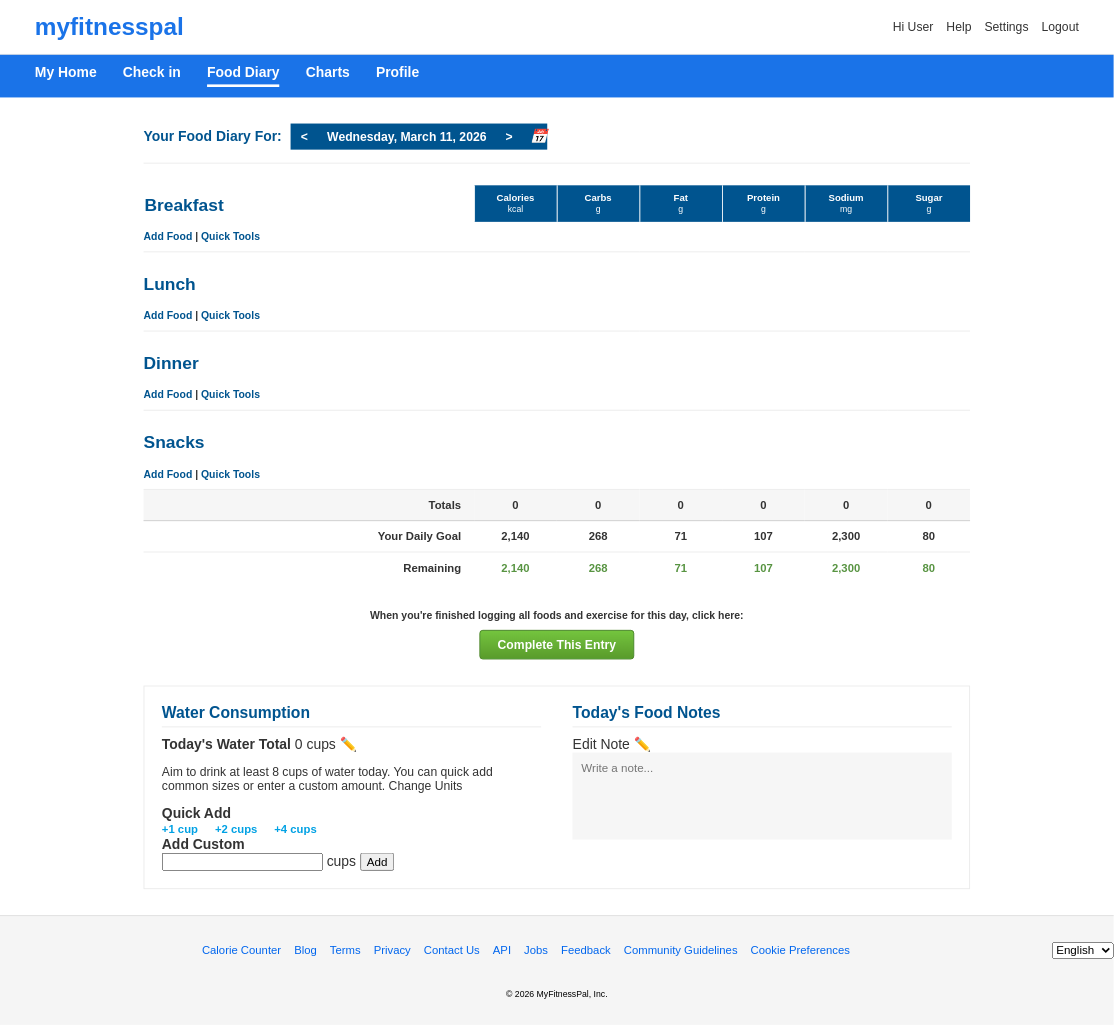
Repository: kem85/Web-Project
Page: Food-Diary.html
The author's editor kept a copy of each file at every save. The page is drawn from the files as they stood at one save, then again after the next save.
The browser window is 1280 px wide. The pictures show the whole page, at 87% of full size.

Above is the page before, as saved 2026-03-11 15:13:38.

After the next save:
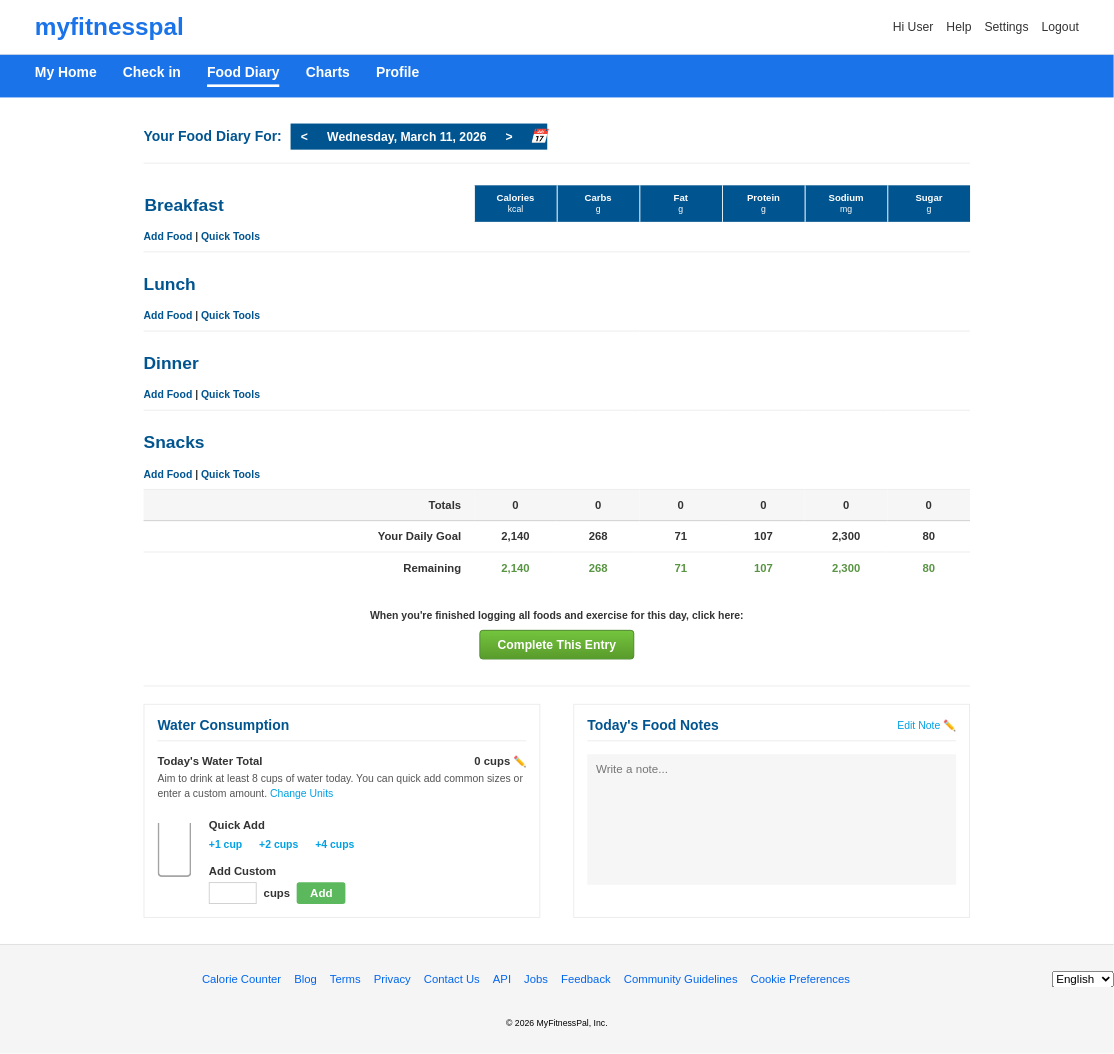
Saved 32 s later.
--- a/style.css
+++ b/style.css
@@ -335,31 +335,90 @@
 }
 
 /* =========================================
-   BOTTOM WIDGETS (Water & Notes)
+   BOTTOM WIDGETS (Water & Notes) - UPDATED
    ========================================= */
 .diary-widgets {
   display: flex;
   justify-content: space-between;
-  border: 1px solid #eaeaea;
-  padding: 20px;
+  border-top: 1px solid #eaeaea; /* Changed to only border-top to match site */
+  padding-top: 20px;
   margin-top: 30px;
 }
 
 .water-consumption, .food-notes {
   width: 48%;
-}
-
-.diary-widgets h3 {
+  border: 1px solid #eaeaea; /* Moved borders to the individual boxes */
+  padding: 15px;
+  box-sizing: border-box;
+}
+
+.widget-header {
+  display: flex;
+  justify-content: space-between;
+  align-items: center;
+  border-bottom: 1px solid #eaeaea;
+  margin-bottom: 15px;
+  padding-bottom: 8px;
+}
+
+.widget-header h3 {
   color: #00548f;
-  font-size: 18px;
+  font-size: 16px;
+  margin: 0;
+}
+
+.edit-note, .water-amount a {
+  font-size: 12px;
+  color: #00a1e4;
+  text-decoration: none;
+}
+
+.water-stats {
+  display: flex;
+  justify-content: space-between;
+  font-size: 13px;
+  margin-bottom: 5px;
+}
+
+.water-amount {
+  font-weight: bold;
+}
+
+.water-desc {
+  font-size: 12px;
+  color: #555;
+  line-height: 1.4;
   margin-top: 0;
-  margin-bottom: 10px;
-  border-bottom: 1px solid #eaeaea;
-  padding-bottom: 5px;
-}
-
-.water-consumption p {
-  font-size: 14px;
+  margin-bottom: 20px;
+}
+
+.water-desc a {
+  color: #00a1e4;
+  text-decoration: none;
+}
+
+.water-controls {
+  display: flex;
+  gap: 20px;
+}
+
+/* CSS shape to mimic the empty water glass until you get an image */
+.water-graphic-placeholder {
+  width: 35px;
+  height: 60px;
+  border: 2px solid #a3a3a3;
+  border-top: none;
+  border-radius: 0 0 5px 5px;
+  margin-top: 5px;
+}
+
+.water-actions strong {
+  display: block;
+  font-size: 13px;
+  margin-bottom: 5px;
+}
+
+.quick-add {
   margin-bottom: 15px;
 }
 
@@ -367,20 +426,40 @@
   color: #00a1e4;
   background: none;
   border: none;
-  font-size: 13px;
+  font-size: 12px;
   font-weight: bold;
   cursor: pointer;
   padding: 0;
   margin-right: 15px;
 }
 
-.quick-add button:hover {
-  text-decoration: underline;
+.custom-add {
+  display: flex;
+  align-items: center;
+  gap: 8px;
+  font-size: 13px;
+  font-weight: bold;
+}
+
+.custom-cups {
+  width: 45px;
+  padding: 4px;
+  border: 1px solid #ccc;
+}
+
+.btn-add {
+  background-color: #5cb85c;
+  color: white;
+  border: none;
+  padding: 5px 15px;
+  border-radius: 3px;
+  font-weight: bold;
+  cursor: pointer;
 }
 
 .food-notes textarea {
   width: 100%;
-  height: 100px;
+  height: 150px;
   background-color: #f6f6f6;
   border: none;
   padding: 10px;
@@ -390,7 +469,6 @@
   color: #333;
 }
 
-
 /*Footer*/
 .main-footer {
   height: 100%;
